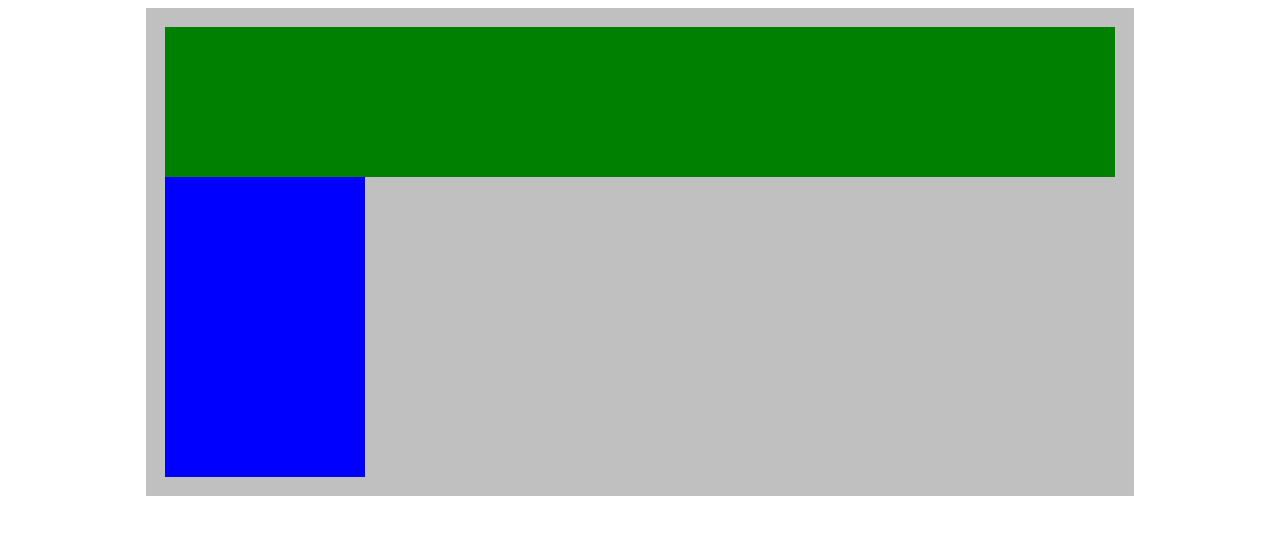
Repository: Fredy452/Fundamentos_de_la_Web
Page: Trabajos/Bloques-Flex/index.html
These files come from the project's save history. The page is drawn as it stood at one moment and after the next save; the edit follows.
The browser window is 1280 px wide. The pictures show the whole page.

Above is the page before, as saved 2023-06-16 18:12:38.

After the next save:
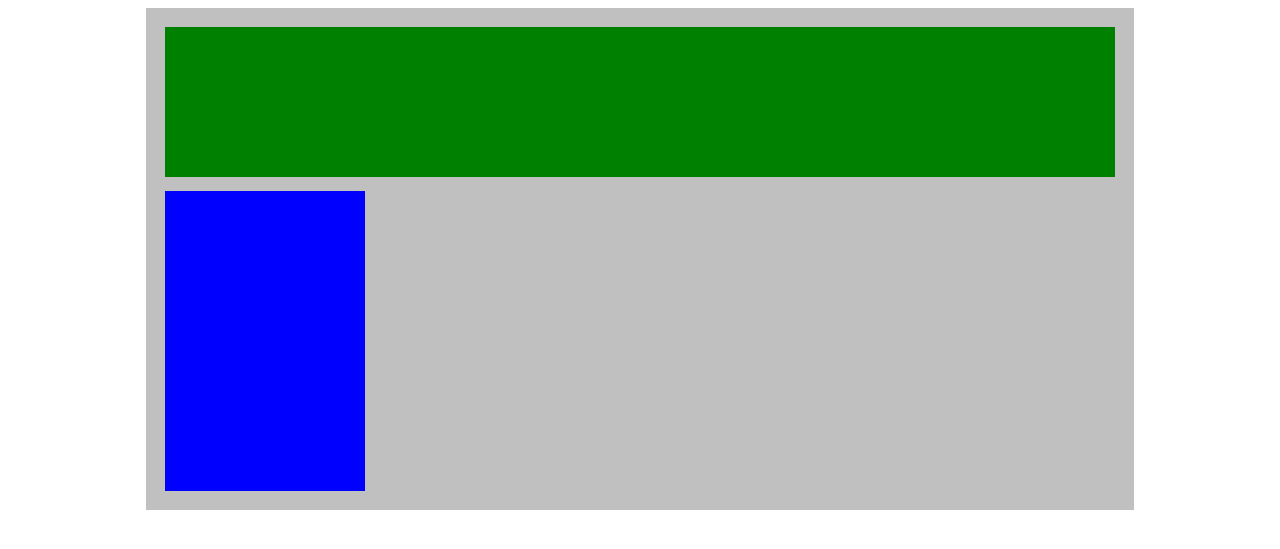
Saved 50 s later.
--- a/Trabajos/Bloques-Flex/style.css
+++ b/Trabajos/Bloques-Flex/style.css
@@ -10,6 +10,7 @@
     height: 150px;
     width: 950px;
     background-color: green;
+    margin-bottom: 1.5%;
 }
 .side-nav{
     height: 300px;
